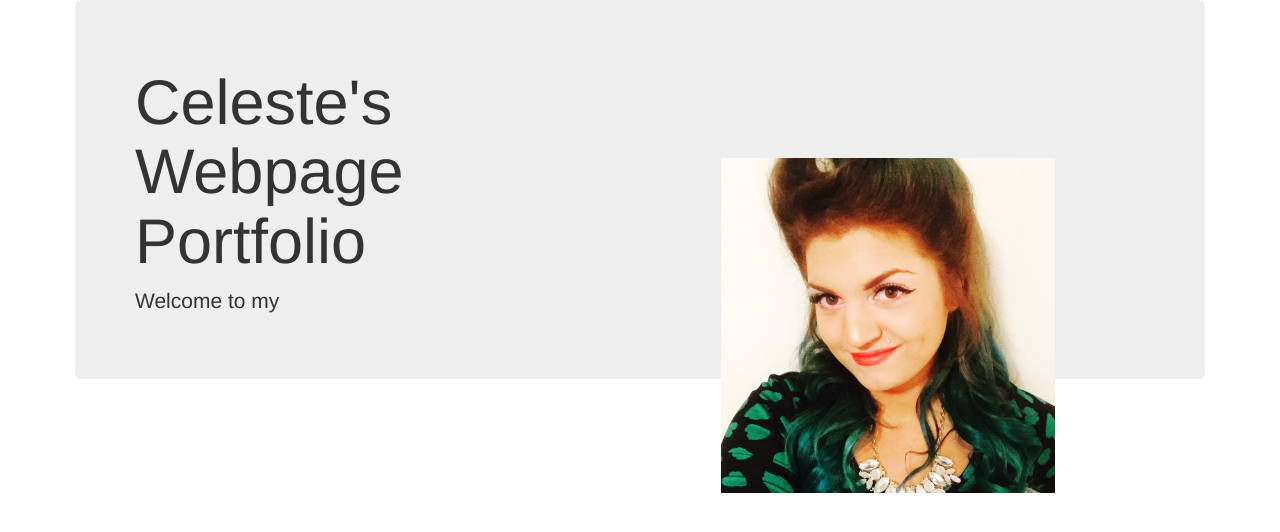
Repository: fieldceleste/portfolio-celeste
Page: portfolio-celeste.html
The author's editor kept a copy of each file at every save. The page is drawn from the files as they stood at one save, then again after the next save.
The browser window is 1280 px wide. The pictures show the whole page.

Above is the page before, as saved 2019-11-01 12:14:26.

### portfolio-celeste.html
<!DOCTYPE html>
<html>
  <head>
    <title>Celeste Field's Portfolio</title>
  <link href="css/bootstrap.css" rel="stylesheet" type="text/css">
  <link href="css/styles.css" rel="stylesheet" type="text/css">

 <body>
    <div class="container">
      <div class="jumbotron">
        <h1><img src="img/celeste.jpeg" class="img" alt="photo of celeste field"> Celeste's Webpage Portfolio </h1>
        <p>Welcome to my  </p>


  </body>
</html>

### css/styles.css
img{
float:right;
width: 45%;
height:45%;
padding: 60px;
margin: 30px;
}

Loaded but not shown: css/bootstrap.css (library)

After the next save:
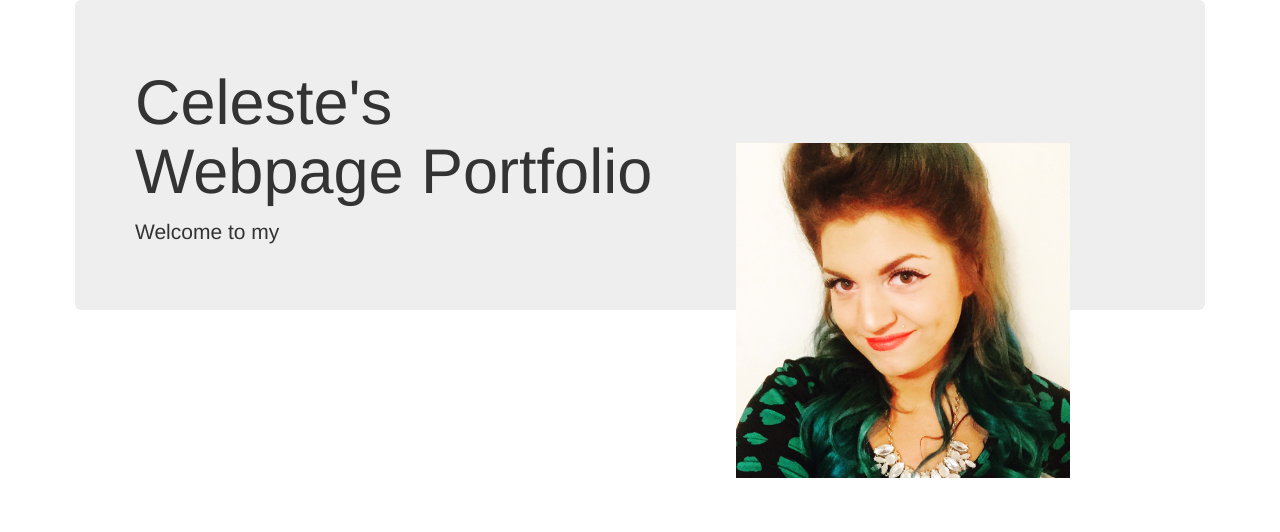
Saved 5 s later.
--- a/css/styles.css
+++ b/css/styles.css
@@ -3,5 +3,5 @@ float:right;
 width: 45%;
 height:45%;
 padding: 60px;
-margin: 30px;
+margin: 15px;
 }
